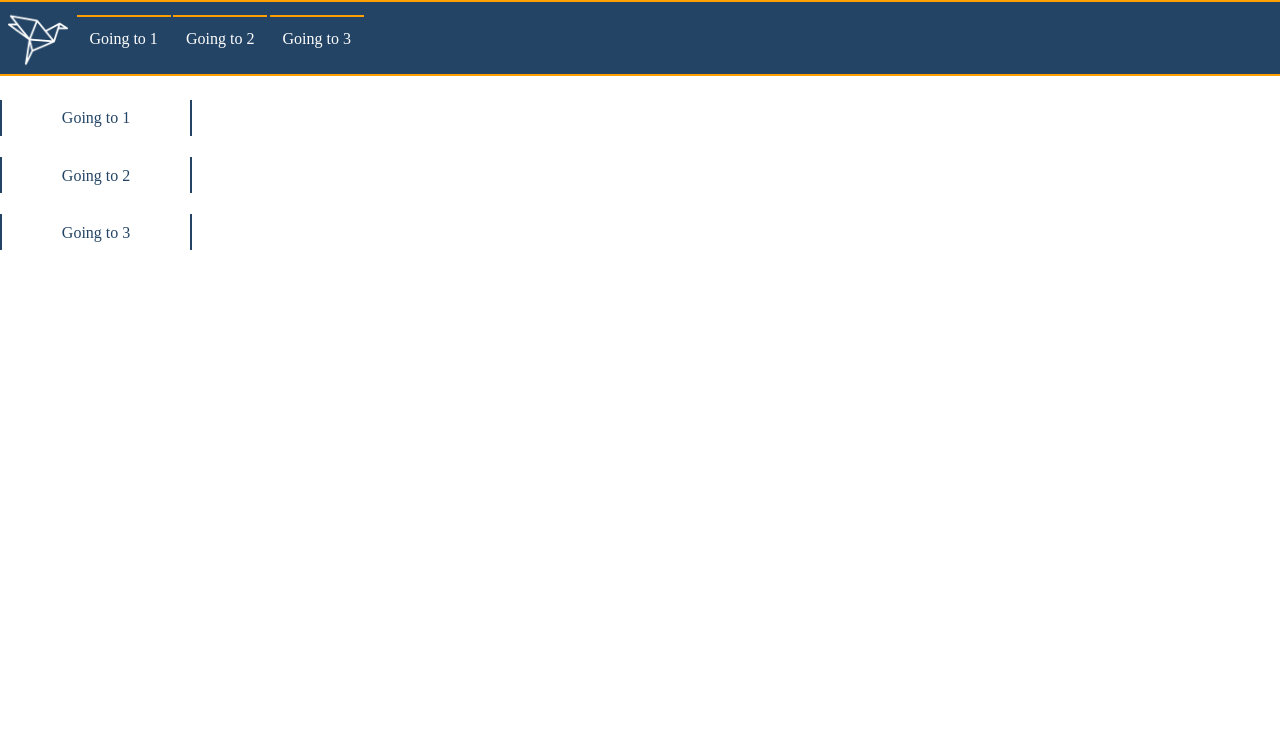
Repository: vsterev/origami
Page: /
These files come from the project's save history. The page is drawn as it stood at one moment and after the next save; the edit follows.
The browser window is 1280 px wide. The pictures show the whole page.
The project was rebuilt for these pictures with package versions that can differ from the ones it lists, and the page was loaded fresh each time.

Above is the page before, as saved 2020-07-12 10:47:12.

After the next save:
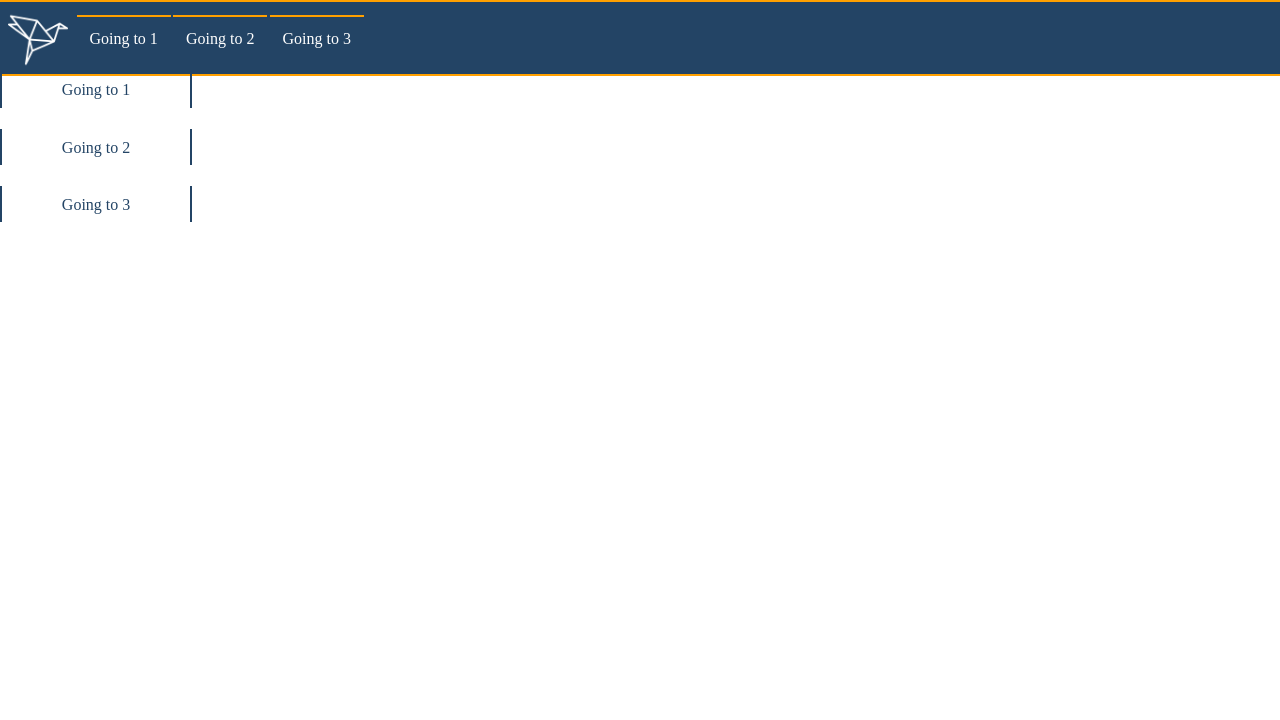
Saved 20 s later.
--- a/src/components/menu/style.css
+++ b/src/components/menu/style.css
@@ -1,6 +1,6 @@
 .Aside {
     position: absolute;
-    top: 100px;
+    top: 10vh;
     display: inline-block;
     width: 15%;
     margin-right: 1%;
